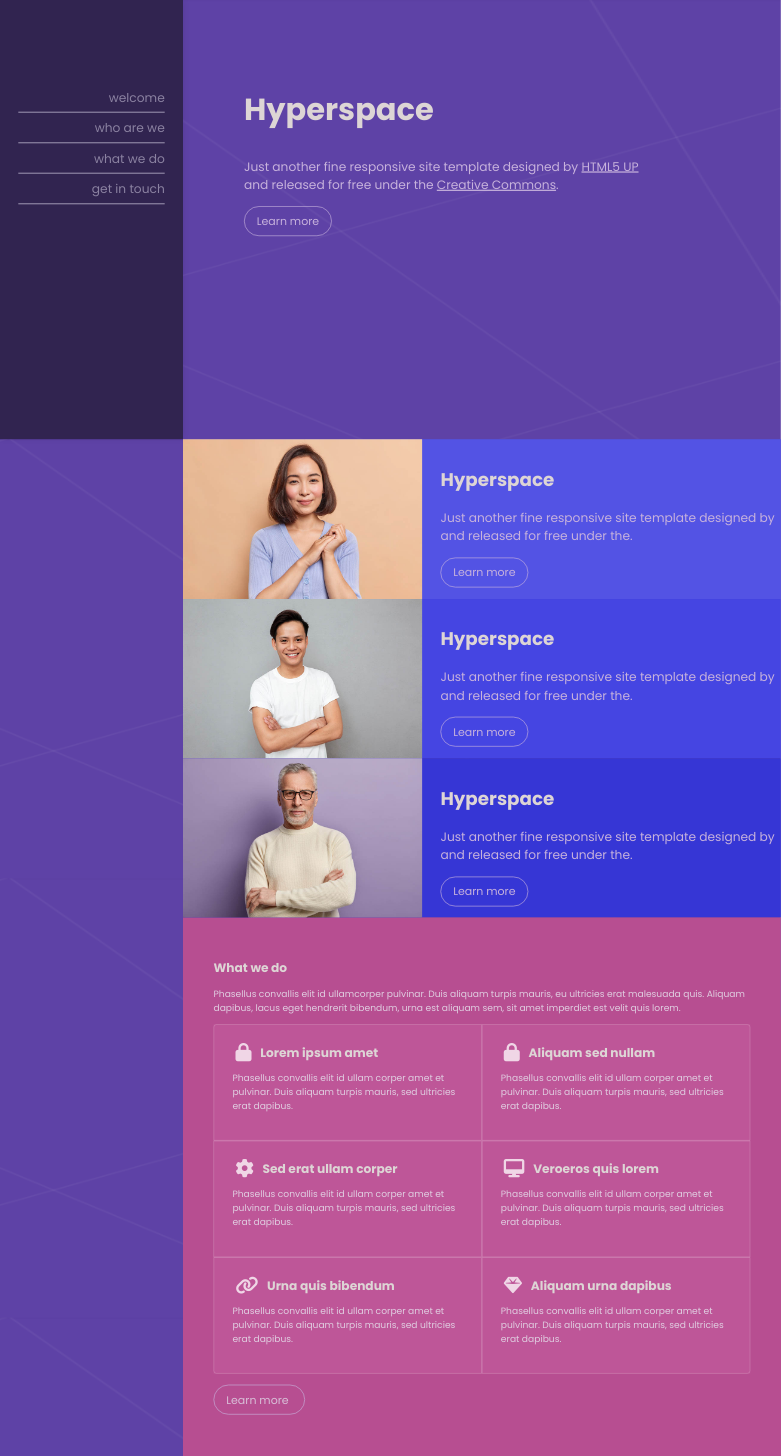
Repository: zai31/KIMIT_Tasks
Page: JsSession8/index.html
An editor plug-in stored every save of this project. The page is shown before and after the next save, followed by the edit.
The browser window is 1280 px wide. The pictures show the whole page, at 61% of full size.
Backgrounds fixed to the window are drawn as part of the page.

Above is the page before, as saved 2025-09-15 21:25:20.

After the next save:
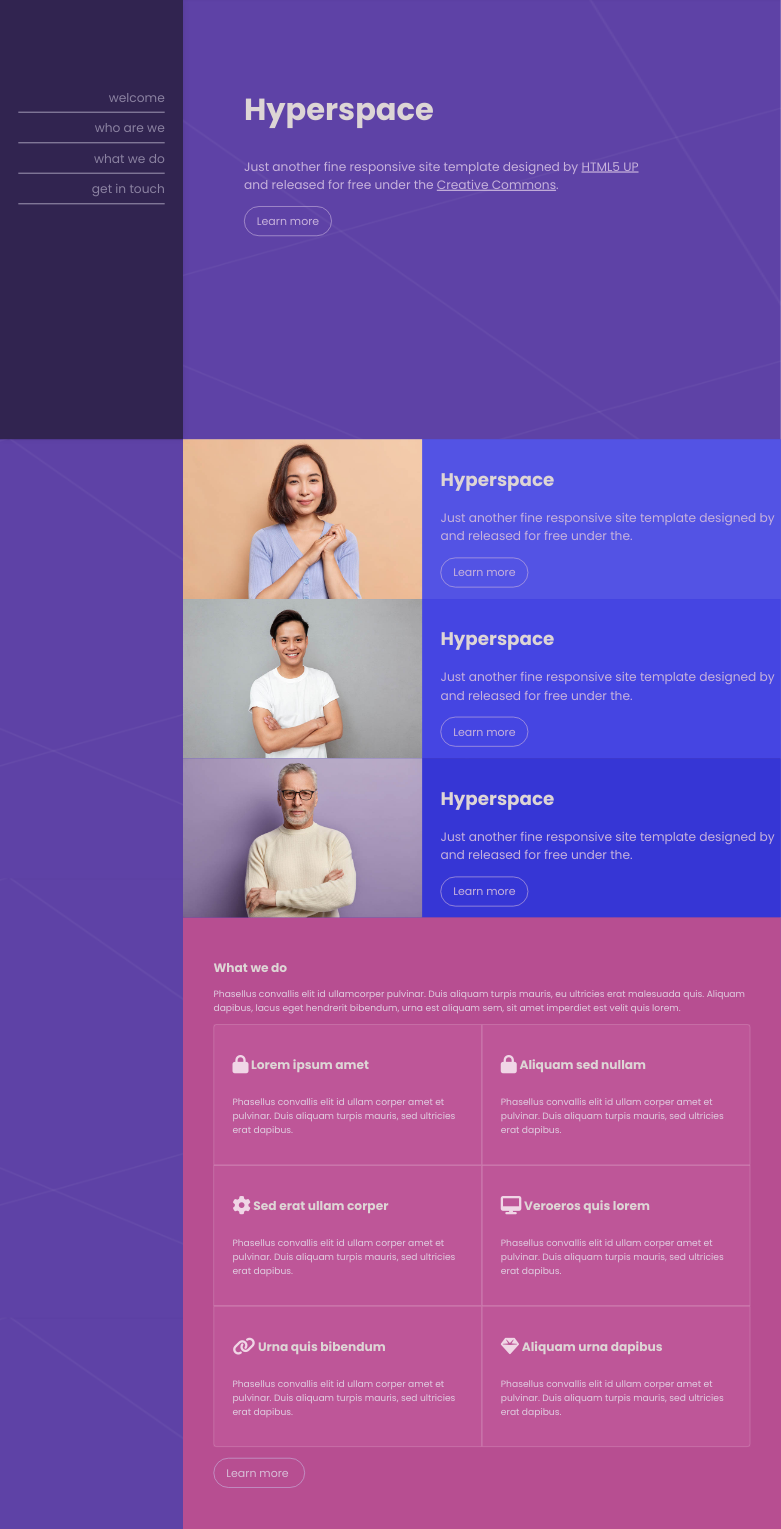
Saved 19 s later.
--- a/JsSession8/CSS/style.css
+++ b/JsSession8/CSS/style.css
@@ -252,5 +252,4 @@ body {
 .features section h3 {
   display: inline-block;
   vertical-align: middle;
-  margin: 0 5px;
-}
+}

After the save that followed:
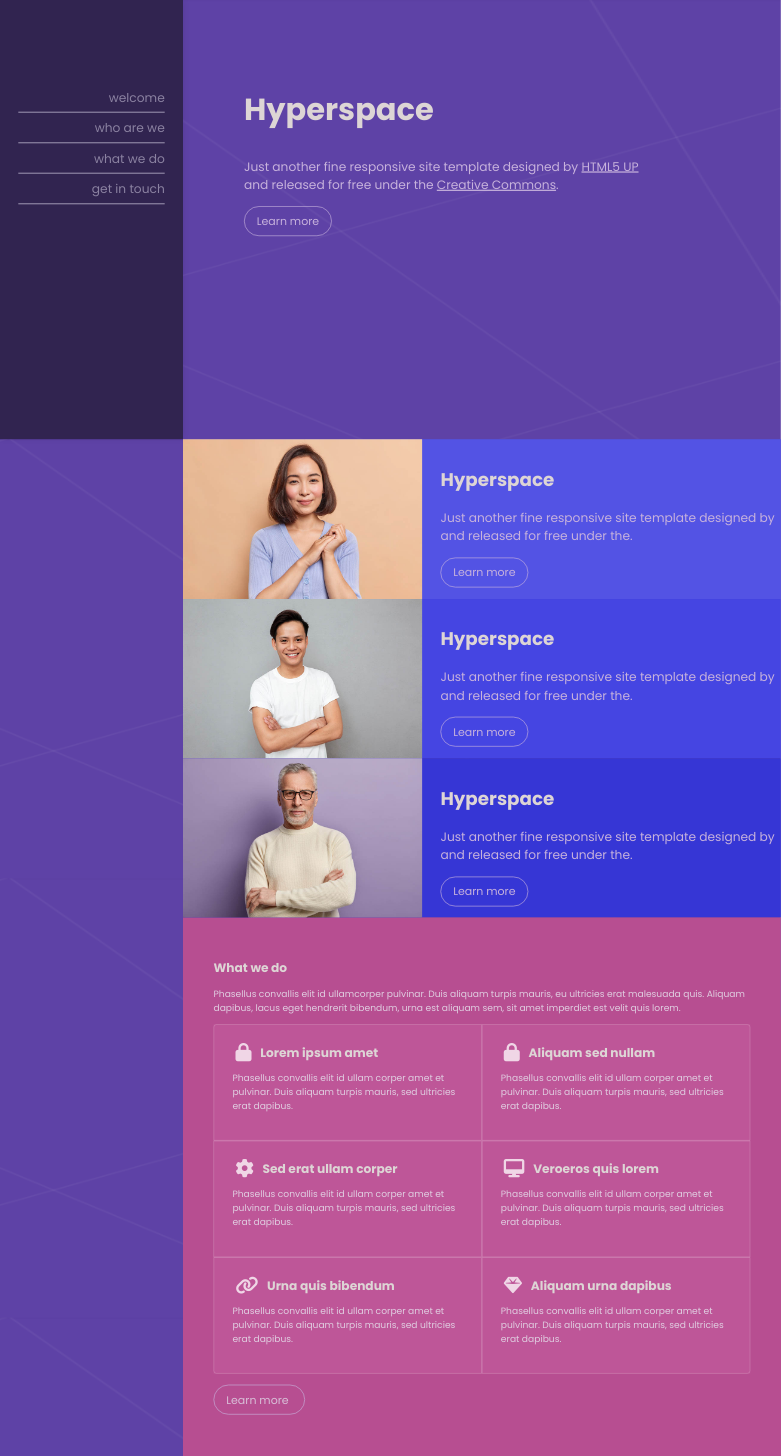
Saved 4 s later.
--- a/JsSession8/CSS/style.css
+++ b/JsSession8/CSS/style.css
@@ -252,4 +252,5 @@ body {
 .features section h3 {
   display: inline-block;
   vertical-align: middle;
-}
+  margin: 0 5px;
+}
